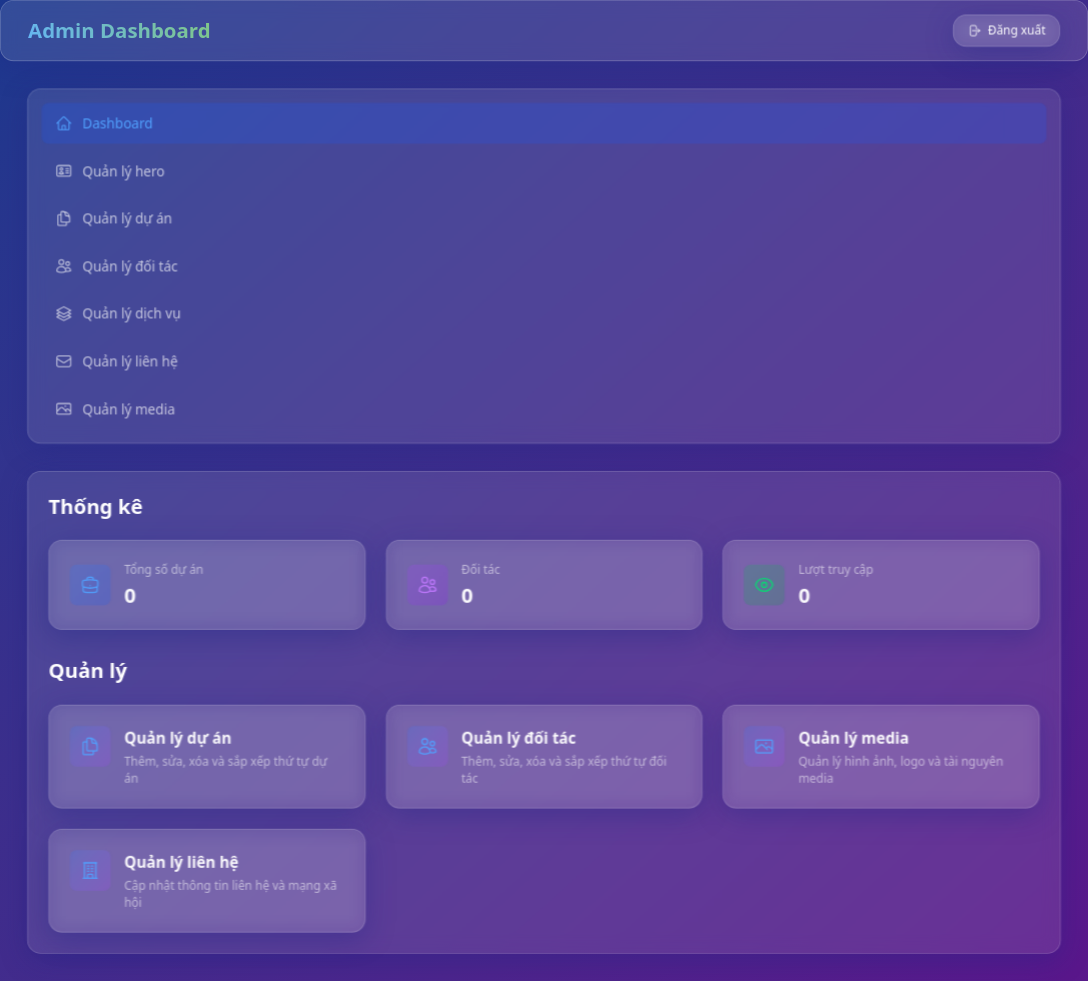
Repository: nguyenkhuyen158/voice-talent2
Page: /admin/dashboard
The author's editor kept a copy of each file at every save. The page is drawn from the files as they stood at one save, then again after the next save.
The browser window is 1280 px wide. The pictures show the whole page, at 85% of full size.
The page's requests for data from a server got no answer. The project was rebuilt for these pictures with package versions that can differ from the ones it lists, and the page was loaded fresh each time. The framework's server and built-in components were replaced by stand-ins that run in the browser. No one was signed in, and anything a server would have sent is missing. Also part of the build but not shown: next.config.ts.

Above is the page before, as saved 2025-06-19 10:59:00.

### app/admin/layout.tsx
'use client';
import { useState } from 'react';
import Link from 'next/link';
import { useRouter, usePathname } from 'next/navigation';
import {
  DocumentDuplicateIcon,
  UsersIcon,
  ArrowRightOnRectangleIcon,
  HomeIcon,
  EnvelopeIcon,
  Square3Stack3DIcon,
  IdentificationIcon,
  PhotoIcon
} from '@heroicons/react/24/outline';
import { toast } from 'react-hot-toast';

const menuItems = [
  {
    name: 'Dashboard',
    href: '/admin/dashboard',
    icon: HomeIcon
  },
  {
    name: 'Quản lý hero',
    href: '/admin/hero',
    icon: IdentificationIcon
  },
  {
    name: 'Quản lý dự án',
    href: '/admin/projects',
    icon: DocumentDuplicateIcon
  },
  {
    name: 'Quản lý đối tác',
    href: '/admin/partners',
    icon: UsersIcon
  },
  {
    name: 'Quản lý dịch vụ',
    href: '/admin/services',
    icon: Square3Stack3DIcon
  },
  {
    name: 'Quản lý liên hệ',
    href: '/admin/contact',
    icon: EnvelopeIcon
  },
  {
    name: 'Quản lý media',
    href: '/admin/media',
    icon: PhotoIcon
  }
];

export default function AdminLayout({ children }: { children: React.ReactNode }) {
  const router = useRouter();
  const pathname = usePathname();
  const [isLoading, setIsLoading] = useState(false);

  const isLoginPage = pathname === '/admin/login';

  const handleLogout = async () => {
    setIsLoading(true);
    try {
      const response = await fetch('/api/auth/login', {
        method: 'DELETE',
      });

      if (response.ok) {
        toast.success('Đăng xuất thành công');
        router.push('/admin/login');
        router.refresh();
      }
    } catch (error) {
      toast.error('Lỗi khi đăng xuất');
    } finally {
      setIsLoading(false);
    }
  };
  if (isLoginPage) {
    return (
      <div className="min-h-screen bg-gradient-to-br from-blue-900 to-purple-900">
        {children}
      </div>
    );
  }

  return (
    <div className="min-h-screen bg-gradient-to-br from-blue-900 to-purple-900">
      {/* Header */}
      <header className="glass-card backdrop-blur-md border-b border-white/10 sticky top-0 z-50">
        <div className="max-w-7xl mx-auto px-4 sm:px-6 lg:px-8 py-4">
          <div className="flex items-center justify-between">
            <h1 className="text-2xl font-bold gradient-text">Admin Dashboard</h1>
            <button
              onClick={handleLogout}
              disabled={isLoading}
              className="px-4 py-2 text-sm flex items-center gap-2 glass-card hover:bg-white/5 transition-colors rounded-lg"
            >
              <ArrowRightOnRectangleIcon className="w-4 h-4" />
              {isLoading ? 'Đang xử lý...' : 'Đăng xuất'}
            </button>
          </div>
        </div>
      </header>

      {/* Side Navigation */}
      <div className="max-w-7xl mx-auto px-4 sm:px-6 lg:px-8 py-8">
        <div className="grid lg:grid-cols-[240px,1fr] gap-8">
          <nav className="glass-card p-4 h-fit">
            <ul className="space-y-2">
              {menuItems.map((item) => {
                const isActive = pathname === item.href;
                return (
                  <li key={item.href}>
                    <Link
                      href={item.href}
                      className={`flex items-center gap-3 px-4 py-3 rounded-lg transition-all ${
                        isActive
                          ? 'bg-blue-600/20 text-blue-400'
                          : 'hover:bg-white/5 text-white/70 hover:text-white'
                      }`}
                    >
                      <item.icon className="w-5 h-5" />
                      <span>{item.name}</span>
                    </Link>
                  </li>
                );
              })}
            </ul>
          </nav>

          {/* Main Content */}
          <main className="glass-card p-6">
            {children}
          </main>
        </div>
      </div>
    </div>
  );
}

### app/admin/dashboard/page.tsx
'use client';
import { useEffect, useState } from 'react';
import Link from 'next/link';
import {
  DocumentDuplicateIcon,
  UsersIcon,
  BuildingOfficeIcon,
  ChartBarIcon,
  EyeIcon,
  BriefcaseIcon,
  PhotoIcon,
} from '@heroicons/react/24/outline';
import type { Project } from '@/data/projects';
import type { Partner } from '@/data/partners';

export default function Dashboard() {
  const [stats, setStats] = useState({
    projects: 0,
    partners: 0,
    visitors: 0,
  });

  const [loading, setLoading] = useState(true);

  useEffect(() => {
    const fetchStats = async () => {
      try {
        // Fetch projects data
        const projectsRes = await fetch('/api/projects');
        const projectsData = await projectsRes.json() as { projects: Project[] };

        // Fetch partners data
        const partnersRes = await fetch('/api/partners');
        const partnersData = await partnersRes.json() as { partners: Partner[] };

        // In a real application, you would fetch visitor stats from an analytics service
        // For now, we'll use a mock number
        const mockVisitors = Math.floor(Math.random() * 1000) + 500;

        setStats({
          projects: projectsData.projects.length,
          partners: partnersData.partners.length,
          visitors: mockVisitors,
        });
      } catch (error) {
        console.error('Error fetching stats:', error);
      } finally {
        setLoading(false);
      }
    };

    fetchStats();
  }, []);

  const statCards = [
    {
      name: 'Tổng số dự án',
      value: stats.projects,
      icon: BriefcaseIcon,
      href: '/admin/projects',
      color: 'from-blue-500/20 to-blue-600/20',
      textColor: 'text-blue-400',
    },
    {
      name: 'Đối tác',
      value: stats.partners,
      icon: UsersIcon,
      href: '/admin/partners',
      color: 'from-purple-500/20 to-purple-600/20',
      textColor: 'text-purple-400',
    },
    {
      name: 'Lượt truy cập',
      value: stats.visitors,
      icon: EyeIcon,
      href: '#',
      color: 'from-green-500/20 to-green-600/20',
      textColor: 'text-green-400',
    },
  ];

  const menuItems = [
    {
      name: 'Quản lý dự án',
      href: '/admin/projects',
      icon: DocumentDuplicateIcon,
      description: 'Thêm, sửa, xóa và sắp xếp thứ tự dự án'
    },
    {
      name: 'Quản lý đối tác',
      href: '/admin/partners',
      icon: UsersIcon,
      description: 'Thêm, sửa, xóa và sắp xếp thứ tự đối tác'
    },
    {
      name: 'Quản lý media',
      href: '/admin/media',
      icon: PhotoIcon,
      description: 'Quản lý hình ảnh, logo và tài nguyên media'
    },
    {
      name: 'Quản lý liên hệ',
      href: '/admin/contact',
      icon: BuildingOfficeIcon,
      description: 'Cập nhật thông tin liên hệ và mạng xã hội'
    }
  ];

  return (
    <div className="space-y-8">
      <div>
        <h2 className="text-2xl font-semibold text-white mb-6">Thống kê</h2>
        <div className="grid md:grid-cols-2 lg:grid-cols-3 gap-6">
          {loading ? (
            Array(3).fill(0).map((_, i) => (
              <div key={i} className="glass-card p-6 animate-pulse">
                <div className="h-16 bg-white/10 rounded-lg"></div>
              </div>
            ))
          ) : (
            statCards.map((stat) => (
              <Link
                key={stat.name}
                href={stat.href}
                className="glass-card p-6 hover:bg-white/5 transition-all group"
              >
                <div className="flex items-center gap-4">
                  <div className={`p-3 rounded-lg bg-gradient-to-br ${stat.color}`}>
                    <stat.icon className={`w-6 h-6 ${stat.textColor}`} />
                  </div>
                  <div>
                    <p className="text-sm text-white/60">{stat.name}</p>
                    <h3 className="text-2xl font-bold text-white mt-1">
                      {stat.value.toLocaleString()}
                    </h3>
                  </div>
                </div>
              </Link>
            ))
          )}
        </div>
      </div>

      <div>
        <h2 className="text-2xl font-semibold text-white mb-6">Quản lý</h2>
        <div className="grid md:grid-cols-2 lg:grid-cols-3 gap-6">
          {menuItems.map((item) => (
            <Link
              key={item.name}
              href={item.href}
              className="glass-card p-6 hover:bg-white/5 transition-all group"
            >
              <div className="flex items-start gap-4">
                <div className="p-3 rounded-lg bg-gradient-to-br from-blue-500/20 to-purple-500/20">
                  <item.icon className="w-6 h-6 text-blue-400" />
                </div>
                <div>
                  <h3 className="text-lg font-semibold text-white group-hover:text-blue-400 transition-colors">
                    {item.name}
                  </h3>
                  <p className="mt-1 text-sm text-white/60">
                    {item.description}
                  </p>
                </div>
              </div>
            </Link>
          ))}
        </div>
      </div>
    </div>
  );
}

### app/globals.css
@import "tailwindcss";

@tailwind base;
@tailwind components;
@tailwind utilities;

:root {
  --foreground-rgb: 0, 0, 0;
  --background-start-rgb: 214, 219, 220;
  --background-end-rgb: 255, 255, 255;
  --glass-bg: rgba(255, 255, 255, 0.1);
  --glass-border: rgba(255, 255, 255, 0.2);
  --glass-shadow: 0 8px 32px 0 rgba(31, 38, 135, 0.37);
}

html {
  scroll-behavior: smooth;
}

body {
  color: rgb(var(--foreground-rgb));
  background: linear-gradient(135deg, #1a1f38 0%, #2d3a6d 100%);
  color: #ffffff;
  overflow-x: hidden;
}

/* Glassmorphism card */
.glass-card {
  background: var(--glass-bg);
  backdrop-filter: blur(10px);
  -webkit-backdrop-filter: blur(10px);
  border: 1px solid var(--glass-border);
  box-shadow: var(--glass-shadow);
  border-radius: 1rem;
  transition: all 0.3s ease;
}

.glass-card:hover {
  transform: translateY(-5px);
  box-shadow: var(--glass-shadow), 0 10px 40px rgba(0, 0, 0, 0.2);
}

/* Navigation glass effect */
.nav-glass {
  background: rgba(255, 255, 255, 0.05);
  backdrop-filter: blur(10px);
  -webkit-backdrop-filter: blur(10px);
  border-bottom: 1px solid rgba(255, 255, 255, 0.1);
}

/* Gradient text */
.gradient-text {
  background: linear-gradient(45deg, #64b5f6, #81c784);
  -webkit-background-clip: text;
  background-clip: text;
  color: transparent;
}

/* Scroll section */
.scroll-section {
  min-height: 100vh;
  display: flex;
  align-items: center;
  justify-content: center;
  position: relative;
}

/* Parallax background */
.parallax-bg {
  position: absolute;
  top: 0;
  left: 0;
  width: 100%;
  height: 100%;
  object-fit: cover;
  z-index: -1;
}

/* Animate on scroll */
.fade-up {
  opacity: 0;
  transform: translateY(30px);
  transition: all 0.6s ease;
}

.fade-up.visible {
  opacity: 1;
  transform: translateY(0);
}

/* Custom animations */
@keyframes float {
  0% {
    transform: translateY(0px);
  }
  50% {
    transform: translateY(-10px);
  }
  100% {
    transform: translateY(0px);
  }
}

.animate-float {
  animation: float 3s ease-in-out infinite;
}

/* Sound wave animation */
@keyframes soundWave {
  0% {
    transform: scaleY(1);
  }
  50% {
    transform: scaleY(2);
  }
  100% {
    transform: scaleY(1);
  }
}

.sound-wave {
  display: flex;
  align-items: center;
  gap: 2px;
}

.sound-wave span {
  width: 2px;
  height: 20px;
  background: #64b5f6;
  animation: soundWave 1s ease-in-out infinite;
}

.sound-wave span:nth-child(2n) {
  animation-delay: 0.2s;
}

.sound-wave span:nth-child(3n) {
  animation-delay: 0.4s;
}

/* Partner logos */
.partner-grid {
  display: grid;
  grid-template-columns: repeat(3, 1fr);
  gap: 2.5rem;
  align-items: center;
}

@media (min-width: 768px) {
  .partner-grid {
    grid-template-columns: repeat(4, 1fr);
  }
}

@media (min-width: 1024px) {
  .partner-grid {
    grid-template-columns: repeat(5, 1fr);
  }
}

.partner-logo {
  filter: grayscale(100%) brightness(1.5);
  transition: all 0.3s ease;
  opacity: 0.6;
}

.partner-logo:hover {
  filter: grayscale(0%) brightness(1);
  opacity: 1;
}

Loaded but not shown: app/layout.tsx (common file)

After the next save:
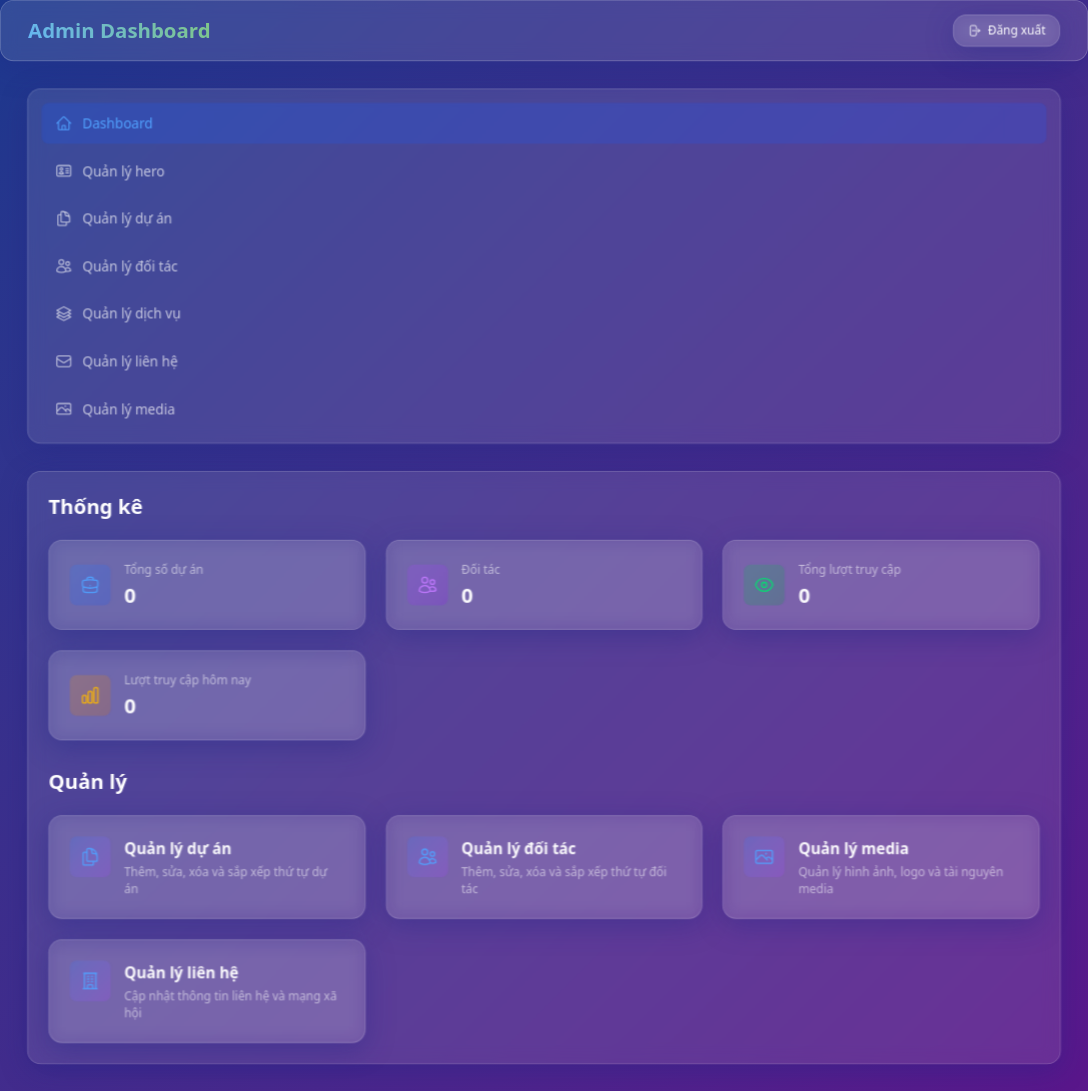
Saved 47 s later.
--- a/app/admin/dashboard/page.tsx
+++ b/app/admin/dashboard/page.tsx
@@ -13,11 +13,21 @@ import {
 import type { Project } from '@/data/projects';
 import type { Partner } from '@/data/partners';
 
+interface AnalyticsData {
+  totalVisits: number;
+  dailyStats: {
+    date: string;
+    visits: number;
+    uniqueVisits: number;
+  }[];
+}
+
 export default function Dashboard() {
   const [stats, setStats] = useState({
     projects: 0,
     partners: 0,
     visitors: 0,
+    uniqueVisitors: 0,
   });
 
   const [loading, setLoading] = useState(true);
@@ -25,22 +35,29 @@ export default function Dashboard() {
   useEffect(() => {
     const fetchStats = async () => {
       try {
-        // Fetch projects data
-        const projectsRes = await fetch('/api/projects');
+        // Fetch all data in parallel
+        const [projectsRes, partnersRes, analyticsRes] = await Promise.all([
+          fetch('/api/projects'),
+          fetch('/api/partners'),
+          fetch('/api/analytics')
+        ]);
+
         const projectsData = await projectsRes.json() as { projects: Project[] };
+        const partnersData = await partnersRes.json() as { partners: Partner[] };
+        const analyticsData = await analyticsRes.json() as AnalyticsData;
 
-        // Fetch partners data
-        const partnersRes = await fetch('/api/partners');
-        const partnersData = await partnersRes.json() as { partners: Partner[] };
-
-        // In a real application, you would fetch visitor stats from an analytics service
-        // For now, we'll use a mock number
-        const mockVisitors = Math.floor(Math.random() * 1000) + 500;
+        // Get today's stats
+        const today = new Date().toISOString().split('T')[0];
+        const todayStats = analyticsData.dailyStats.find(stat => stat.date === today) || {
+          visits: 0,
+          uniqueVisits: 0
+        };
 
         setStats({
           projects: projectsData.projects.length,
           partners: partnersData.partners.length,
-          visitors: mockVisitors,
+          visitors: analyticsData.totalVisits,
+          uniqueVisitors: todayStats.uniqueVisits,
         });
       } catch (error) {
         console.error('Error fetching stats:', error);
@@ -70,12 +87,20 @@ export default function Dashboard() {
       textColor: 'text-purple-400',
     },
     {
-      name: 'Lượt truy cập',
+      name: 'Tổng lượt truy cập',
       value: stats.visitors,
       icon: EyeIcon,
       href: '#',
       color: 'from-green-500/20 to-green-600/20',
       textColor: 'text-green-400',
+    },
+    {
+      name: 'Lượt truy cập hôm nay',
+      value: stats.uniqueVisitors,
+      icon: ChartBarIcon,
+      href: '#',
+      color: 'from-amber-500/20 to-amber-600/20',
+      textColor: 'text-amber-400',
     },
   ];
 
